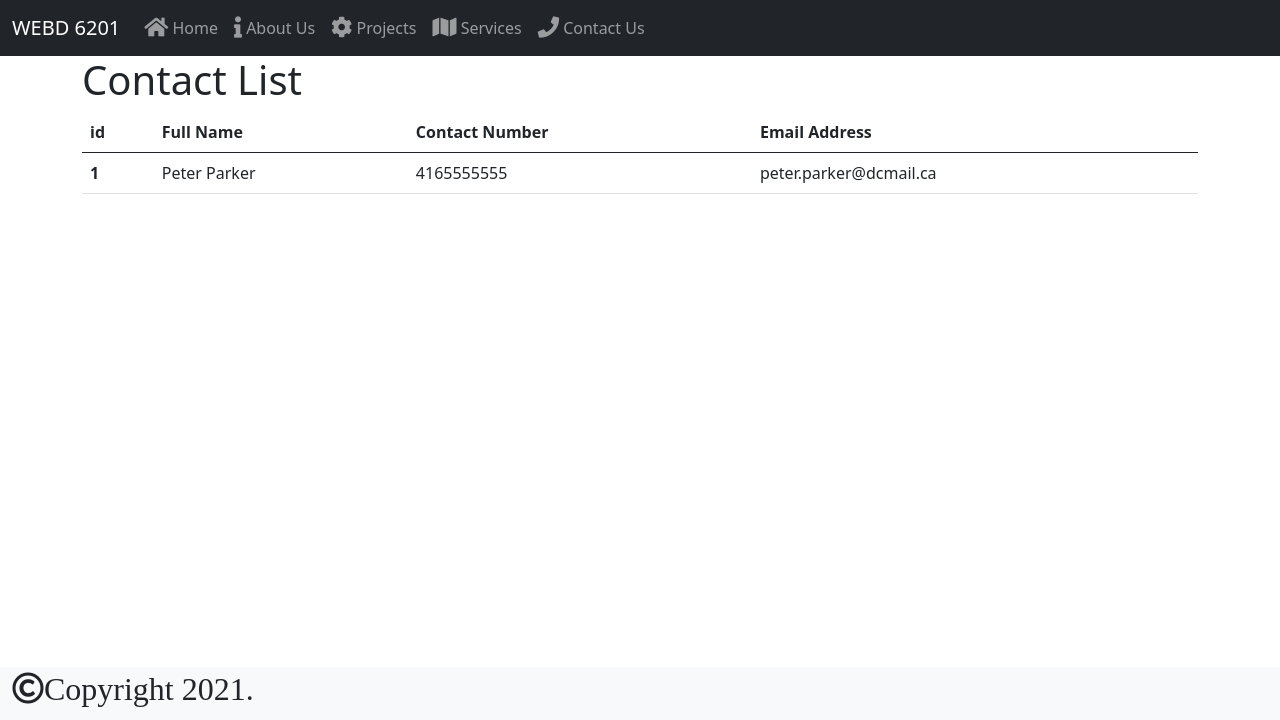
Repository: vans12345678/WEBD6201-W2021-Week3
Page: contact-list.html
These files come from the project's save history. The page is drawn as it stood at one moment and after the next save; the edit follows.
The browser window is 1280 px wide. The pictures show the whole page.

Above is the page before, as saved 2021-01-28 09:38:53.

### contact-list.html
<!DOCTYPE html>
<html lang="en">
<head>
    <meta charset="UTF-8">
    <meta name="viewport" content="width=device-width, initial-scale=1.0">
    <title>Contact List</title>

    <!-- CSS Section -->
    <link rel="stylesheet" href="./node_modules/bootstrap/dist/css/bootstrap.min.css">
    <link rel="stylesheet" href="./node_modules/@fortawesome/fontawesome-free/css/all.min.css">
    <link rel="stylesheet" href="./Content/app.css">
</head>
<body>
  <!-- Main Header -->
    <header>
      <!-- Main Navigation -->
        <nav class="navbar navbar-expand-lg navbar-dark bg-dark">
            <div class="container-fluid">
              <a class="navbar-brand" href="index.html">WEBD 6201</a>
              <button class="navbar-toggler" type="button" data-bs-toggle="collapse" data-bs-target="#navbarSupportedContent" aria-controls="navbarSupportedContent" aria-expanded="false" aria-label="Toggle navigation">
                <span class="navbar-toggler-icon"></span>
              </button>
              <div class="collapse navbar-collapse" id="navbarSupportedContent">
                <ul class="navbar-nav me-auto mb-2 mb-lg-0">
                  <li class="nav-item">
                    <a class="nav-link" aria-current="page" href="index.html"><i class="fas fa-home fa-lg"></i> Home</a>
                  </li>

                  <li class="nav-item">
                    <a class="nav-link" aria-current="page" href="about.html"><i class="fas fa-info fa-lg"></i> About Us</a>
                  </li>

                  <li class="nav-item">
                    <a class="nav-link" aria-current="page" href="projects.html"><i class="fas fa-cog fa-lg"></i> Projects</a>
                  </li>

                  <li class="nav-item">
                    <a class="nav-link" aria-current="page" href="services.html"><i class="fas fa-map fa-lg"></i> Services</a>
                  </li>

                  <li class="nav-item">
                    <a class="nav-link" aria-current="page" href="contact.html"><i class="fas fa-phone fa-lg"></i> Contact Us</a>
                  </li>
                </ul>
              </div>
            </div>
          </nav>
    </header>
  <!-- Main Contents -->
    <main class="container">
        <h1>Contact List</h1>
        <div class="row">
          <div class="col">
            <table class="table">
              <thead>
                <tr>
                  <th scope="col">id</th>
                  <th scope="col">Full Name</th>
                  <th scope="col">Contact Number</th>
                  <th scope="col">Email Address</th>
                </tr>
              </thead>
              <tbody>

                <tr>
                  <th scope="row">1</th>
                  <td>Peter Parker</td>
                  <td>4165555555</td>
                  <td>peter.parker@dcmail.ca</td>
                </tr>

              </tbody>
            </table>
          </div>
        </div>
    </main>
    <!-- Main Footer -->
    <footer>
        <nav class="navbar fixed-bottom navbar-light bg-light">
            <div class="container-fluid">
                <h4><i class="far fa-copyright fa-lg">Copyright 2021.</i></h4>
            </div>
          </nav>
    </footer>
    <!-- Script Section -->
    <script src="./node_modules/jquery/dist/jquery.min.js"></script>
    <script src="./node_modules/bootstrap/dist/js/bootstrap.bundle.min.js"></script>
    <script src="./Scripts/contact.js"></script>
    <script src="./Scripts/app.js"></script>
</body>
</html>

### Scripts/contact.js
"use strict";
class Contact {
    //Getters and setters
    get FullName() {
        return this.m_fullName;
    }
    set FullName(value) {
        this.m_fullName = value;
    }
    get ContactNumber() {
        return this.m_contactNumber;
    }
    set ContactNumber(value) {
        this.m_contactNumber = value;
    }
    get EmailAddress() {
        return this.m_emailAddress;
    }
    set EmailAddress(value) {
        this.m_emailAddress = value;
    }
    /**
     *
     * @param {string} fullName
     * @param {string} contactNumber
     * @param {string} emailAddress
     */
    constructor(fullName, contactNumber, emailAddress) {
        this.FullName = fullName;
        this.ContactNumber = contactNumber;
        this.EmailAddress = emailAddress;
    }
    //Methods
    toString() {
        return  `Full Name     : ${this.FullName}
                Contact Number: ${this.ContactNumber}
                Email Address : ${this.EmailAddress}`;
    }

    /**
     *This method overrides the built-in toString() method for Contact class
     *
     * @return {*}
     * @memberof Contact
     */
    toString()
    {
        return `Full Name       : ${this.FullName} \nContactNumber       : ${this.ContactNumber}
        \nEmailAddress       :${this.EmailAddress}`;
    }
    /**
     *This method returns a JSON object made up of the properties of the Contact class
     *
     * @return {Object}
     * @memberof Contact
     */
    toJSON()
    {
        return{
            "fullName": this.FirstName,
            "contactNumber": this.ContactNumber,
            "emailAddress": this.EmailAddress
        }
    }
    /**
     *
     *This method returns the Contact into a comma-separated value string
     * @return {string}
     * @memberof Contact
     */
    serialize()
    {
        if(this.FullName !== "" && this.ContactNumber !== "" && this.EmailAddress !== "")
        {
            return `${this.FullName}, ${this.ContactNumber}, ${this.EmailAddress}`;
        }
        else
        {
            console.error("One or more properties of the Contact is empty");
            return null;
        }

    }
    /**
     *This method takes a comma-separated data string assigns values to the Contact class properties
     *
     * @param {string} data
     * @returns {void}
     * @memberof Contact
     */
    deserialize(data)
    {
        let propertyArray = data.split(",");
        this.FullName = propertyArray[0];
        this.ContactNumber = propertyArray[1];
        this.EmailAddress = propertyArray[2];

    }
}

### Scripts/app.js
/* Custom JavaScript goes here */

//IIFE - Immediately Invoked Function Expression
//AKA - Anonymous Self-Executing Function
//Closure - limits scope leak

"use strict";

// let myContact = {
//     "firstName":"Tom Smith",
//     "contactNumber":"4165555555",
//     "emailAddress": "tom.smith@dcmail.ca",
//     "saysHello": function()
//     {
//         console.log(`${fullName} says Hello!`);
//     },
//     "someOtherObject":{
//         "friendsList":[
//             "Peter Parker", "Tony Stark", "Stephen Strange"
//         ]
//     }
// };


(function(){

    function displayHome()
    {

        let paragraphOneText = "This is a simple site to demonstrate DOM Manipulation for ICE 1";
        let paragraphOneElement = document.getElementById("paragraphOne");

        paragraphOneElement.textContent = paragraphOneText;
        //paragraphOneElement.style = "color: blue; font-weight: bold;";
        paragraphOneElement.className = "fs-5 fw-bold text-center";

        //Step 1. document.createElement
        let newParagraph = document.createElement("p");
        //Step 2. Configure the element
        newParagraph.setAttribute("id", "paragraphTwo");
        newParagraph.textContent = "... And this is paragraph two";
        //Step 3. Select parent element
        let mainContent = document.getElementsByTagName("main")[0];
        //Step 4. Add / Insert the element
        mainContent.appendChild(newParagraph);

        newParagraph.className = "fs-6";

        //Another way of injecting content`
        let paragraphDiv = document.createElement('div');
        let paragraphThree =  `<p id = "paragraphThree" class = "fs-7 fw-bold">...And this is the Third paragraph</p>`;
        paragraphDiv.innerHTML = paragraphThree;
        // mainContent.innerHTML = paragraphThree;
        // console.log(paragraphOneElement);

        //insertion before node
        //newParagraph.before(paragraphDiv);

        //insertion after node
        newParagraph.after(paragraphDiv);

        //deletions
        //example of removing a single element
        //paragraphOneElement.remove();

        //example of removeChild
        //mainContent.removeChild(paragraphOneElement);

        //update / modification
        //mainContent.firstElementChild.textContent = "Welcome home";

        mainContent.innerHTML =
        `<h1 id = "firstHeading">Welcome to WEBD6201 - Lab 1</h1>
        <p id = "paragraphOne" class = "fs-3 fw-bold">This is my first paragraph</p>
        `;

    }
    function displayAbout()
    {

    }
    function displayProjects()
    {

    }
    function displayServices()
    {

    }
    function displayContact()
    {

        let messageArea = document.getElementById("messageArea");
        messageArea.hidden = true;

        //form validation
        let fullName = document.getElementById("fullName");
        fullName.addEventListener("blur", function()
        {
            if(fullName.value.length < 2)
            {
                fullName.focus();
                fullName.select();
                messageArea.hidden = false;
                messageArea.className = "alert alert-danger";
                messageArea.textContent = "Please enter an appropriate name > 2 characters";
            }
            else
            {
                messageArea.removeAttribute("class");
                messageArea.hidden = true;
            }

            let sendButton = document.getElementById("sendButton");
            sendButton.addEventListener("click", function(event)
            {
                //event.preventDefault();
                // //Displays twice?
                // console.log(fullName.value);
                // console.log(contactNumber.value);
                // console.log(emailAddress.value);

                let contact = new Contact(fullName.value,contactNumber.value, emailAddress.value);

                //console.log(contact.serialize());
                if(contact.serialize())
                {
                    localStorage.setItem((localStorage.length + 1).toString(),contact.serialize());
                }

                fullName.value = "";
                contactNumber = "";
                emailAddress = "";

            })
        })
    }
    function Start()
    {
        console.log("App Started...");

        switch(document.title)
        {
            case "Home":
                displayHome();
                break;
            case "About":
                displayAbout();
                break;
            case "Projects":
                displayProjects();
                break;
            case "Services":
                displayServices();
                break;
            case "Contact Us":
                displayContact();
                break;
        }


    }

    window.addEventListener("load", Start);

})();

Loaded but not shown: node_modules/bootstrap/dist/css/bootstrap.min.css (library); node_modules/@fortawesome/fontawesome-free/css/all.min.css (library); Content/app.css (common file); node_modules/jquery/dist/jquery.min.js (library); node_modules/bootstrap/dist/js/bootstrap.bundle.min.js (library)

After the next save:
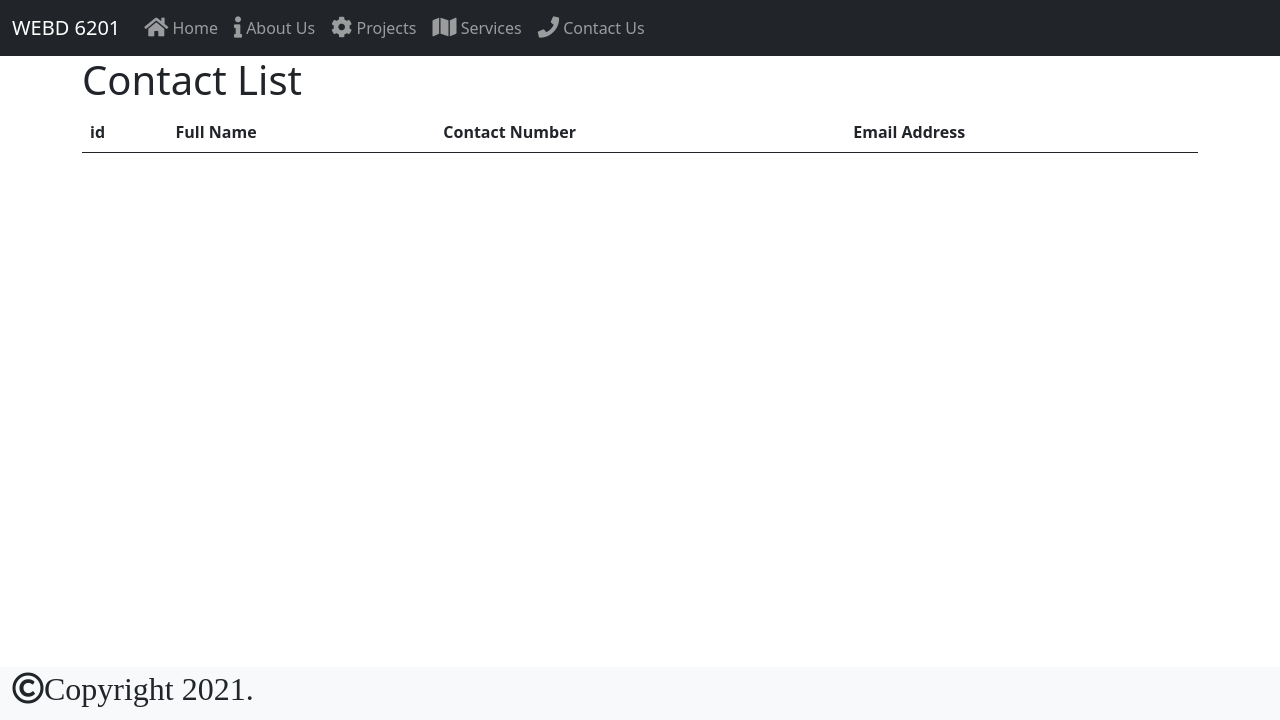
Saved 113 s later.
--- a/contact-list.html
+++ b/contact-list.html
@@ -60,16 +60,9 @@
                   <th scope="col">Email Address</th>
                 </tr>
               </thead>
-              <tbody>
+              <tbody id = "contactList">
 
-                <tr>
-                  <th scope="row">1</th>
-                  <td>Peter Parker</td>
-                  <td>4165555555</td>
-                  <td>peter.parker@dcmail.ca</td>
-                </tr>
-
-              </tbody>
+             </tbody>
             </table>
           </div>
         </div>
